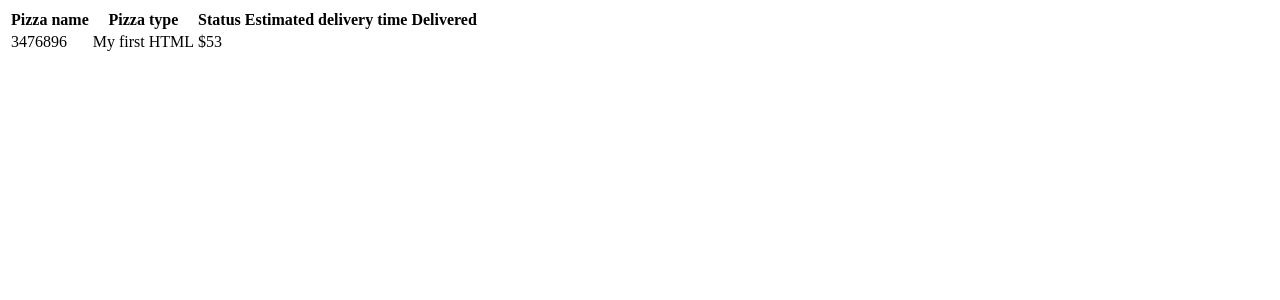
Repository: lukas77pro/html_css_js
Page: html/Test/WebContent/Tabela.html
These files come from the project's save history. The page is drawn as it stood at one moment and after the next save; the edit follows.
The browser window is 1280 px wide. The pictures show the whole page.

Above is the page before, as saved 2015-07-10 11:46:55.

### html/Test/WebContent/Tabela.html
<!DOCTYPE html>
<html>
<head>
<meta charset="UTF-8">
<title>Insert title here</title>
</head>
<body>
	<table>
		<tr>
			<th>Pizza name</th>
			<th>Pizza type</th>
			<th>Status</th>
			<th>Estimated delivery time</th>
			<th>Delivered</th>
		</tr>
		<tr>
			<td>3476896</td>
			<td>My first HTML</td>
			<td>$53</td>
		</tr>
	</table>
</body>
</html>

After the next save:
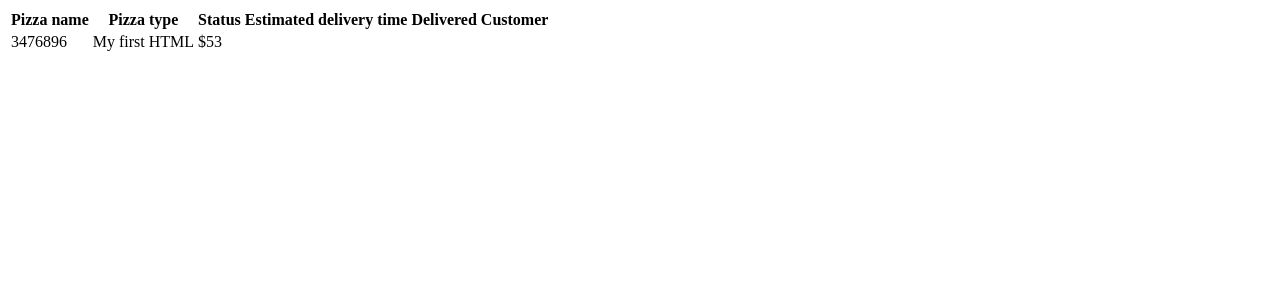
Saved 8 s later.
--- a/html/Test/WebContent/Tabela.html
+++ b/html/Test/WebContent/Tabela.html
@@ -12,6 +12,7 @@
 			<th>Status</th>
 			<th>Estimated delivery time</th>
 			<th>Delivered</th>
+			<th>Customer</th>
 		</tr>
 		<tr>
 			<td>3476896</td>
